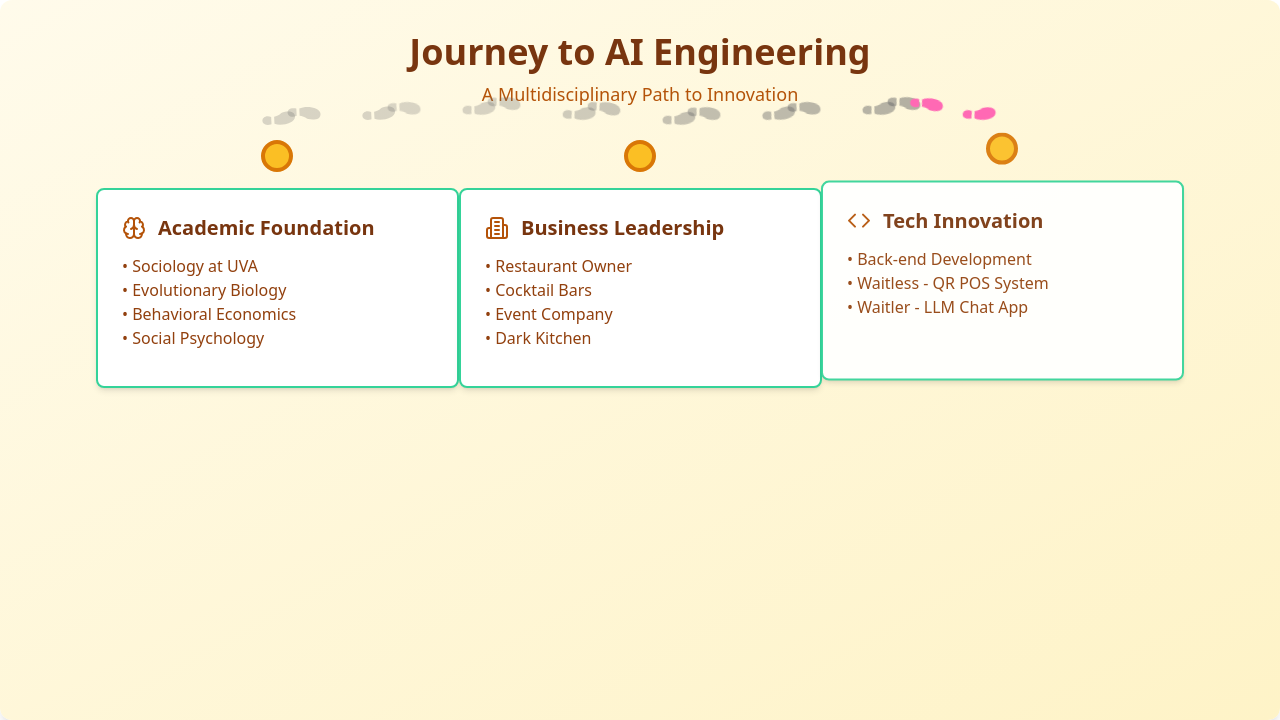
Repository: Galbaz1/dell_presentation
Page: /
An editor plug-in stored every save of this project. The page is shown before and after the next save, followed by the edit.
The browser window is 1280 px wide. The pictures show the whole page.
The project was rebuilt for these pictures with package versions that can differ from the ones it lists, and the page was loaded fresh each time. The framework's server and built-in components were replaced by stand-ins that run in the browser.

Above is the page before, as saved 2024-11-11 13:44:46.

### pages/_app.tsx
import '../styles/globals.css'
import '../styles/speaker_intro.css'
import type { AppProps } from 'next/app'

function MyApp({ Component, pageProps }: AppProps) {
  return <Component {...pageProps} />
}

export default MyApp

### pages/index.tsx
import React from 'react';
import { Brain, Building2, Code, Users, ArrowRight, RefreshCcw } from 'lucide-react';
import FootstepsAnimation from '../components/FootstepsAnimation';

const SpeakerSlide: React.FC = () => {
  return (
    <div className="bg-gradient-to-br from-amber-50 to-amber-100 p-8 rounded-xl shadow-lg min-h-screen overflow-hidden">
      {/* Header */}
      <div className="mb-12 text-center">
        <h1 className="text-4xl font-bold text-amber-900 mb-2">Journey to AI Engineering</h1>
        <p className="text-lg text-amber-700">A Multidisciplinary Path to Innovation</p>
      </div>

      {/* Journey Map */}
      <div className="relative mb-16 mx-auto max-w-[1400px]">
        <FootstepsAnimation />
        {/* Journey Stations */}
        <div className="relative flex justify-between items-center px-16">
          {/* Academic Foundation */}
          <div className="w-96 relative fall-animation">
            <div className="absolute -top-4 left-1/2 transform -translate-x-1/2">
              <div className="w-8 h-8 rounded-full bg-amber-400 border-4 border-amber-600" />
            </div>
            <div className="bg-white p-6 rounded-lg shadow-md mt-8 h-[200px] flex flex-col border-2 border-emerald-400">
              <h2 className="text-xl font-semibold text-amber-900 mb-3 flex items-center">
                <Brain className="mr-3 text-amber-700 w-6 h-6" /> Academic Foundation
              </h2>
              <ul className="text-base text-amber-800 flex-1">
                <li>• Sociology at UVA</li>
                <li>• Evolutionary Biology</li>
                <li>• Behavioral Economics</li>
                <li>• Social Psychology</li>
              </ul>
            </div>
          </div>

          {/* Business Experience */}
          <div className="w-96 relative fall-animation fall-animation-delay-1">
            <div className="absolute -top-4 left-1/2 transform -translate-x-1/2">
              <div className="w-8 h-8 rounded-full bg-amber-400 border-4 border-amber-600" />
            </div>
            <div className="bg-white p-6 rounded-lg shadow-md mt-8 h-[200px] flex flex-col border-2 border-emerald-400">
              <h2 className="text-xl font-semibold text-amber-900 mb-3 flex items-center">
                <Building2 className="mr-3 text-amber-700 w-6 h-6" /> Business Leadership
              </h2>
              <ul className="text-base text-amber-800 flex-1">
                <li>• Restaurant Owner</li>
                <li>• Cocktail Bars</li>
                <li>• Event Company</li>
                <li>• Dark Kitchen</li>
              </ul>
            </div>
          </div>

          {/* Tech Innovation */}
          <div className="w-96 relative fall-animation fall-animation-delay-2">
            <div className="absolute -top-4 left-1/2 transform -translate-x-1/2">
              <div className="w-8 h-8 rounded-full bg-amber-400 border-4 border-amber-600" />
            </div>
            <div className="bg-white p-6 rounded-lg shadow-md mt-8 h-[200px] flex flex-col border-2 border-emerald-400">
              <h2 className="text-xl font-semibold text-amber-900 mb-3 flex items-center">
                <Code className="mr-3 text-amber-700 w-6 h-6" /> Tech Innovation
              </h2>
              <ul className="text-base text-amber-800 flex-1">
                <li>• Back-end Development</li>
                <li>• Waitless - QR POS System</li>
                <li>• Waitler - LLM Chat App</li>
              </ul>
            </div>
          </div>
        </div>
      </div>

      {/* Current Roles Synergy Circle */}
      <div className="relative max-w-[1200px] mx-auto mt-24">
        {/* Synergy Arrows */}
        <div className="absolute left-0 right-0 mx-auto w-28 top-[80px] synergy-animation z-10">
          <div className="relative w-full h-full">
            <RefreshCcw className="w-full h-full text-amber-600 animate-spin-slow" />
            <div className="absolute top-1/2 left-1/2 transform -translate-x-1/2 -translate-y-1/2 text-sm text-amber-800 font-semibold bg-white px-3 py-1 rounded">
              Synergy
            </div>
          </div>
        </div>

        <div className="flex justify-between items-center synergy-animation px-16">
          {/* AI Engineering Role */}
          <div className="w-[480px] bg-white p-8 rounded-lg shadow-md border-2 border-amber-400 h-[160px] flex flex-col">
            <h2 className="text-2xl font-semibold text-amber-900 mb-3 flex items-center">
              <Brain className="mr-3 text-amber-700 w-6 h-6" /> AI Engineering
            </h2>
            <p className="text-base text-amber-800">
              Freelance AI solutions architect combining technical expertise with business acumen
            </p>
          </div>

          {/* AI Builders Role */}
          <div className="w-[480px] bg-white p-8 rounded-lg shadow-md border-2 border-amber-400 h-[160px] flex flex-col">
            <h2 className="text-2xl font-semibold text-amber-900 mb-3 flex items-center">
              <Users className="mr-3 text-amber-700 w-6 h-6" /> AI Builders Club
            </h2>
            <p className="text-base text-amber-800">
              Community lead fostering AI innovation in Amsterdam, Rotterdam, and Berlin
            </p>
          </div>
        </div>
      </div>
    </div>
  );
};

export default SpeakerSlide;

### styles/speaker_intro.css
@keyframes spin-slow {
  from {
    transform: rotate(0deg);
  }
  to {
    transform: rotate(360deg);
  }
}

.animate-spin-slow {
  animation: spin-slow 20s linear infinite;
}

@keyframes fallIn {
  0% {
    transform: translateY(-100vh) rotate(0deg);
    opacity: 0;
  }
  60% {
    transform: translateY(20px) rotate(720deg);
  }
  80% {
    transform: translateY(-10px) rotate(720deg);
  }
  100% {
    transform: translateY(0) rotate(720deg);
    opacity: 1;
  }
}

@keyframes footsteps {
  0% {
    clip-path: inset(0 100% 0 0);
  }
  100% {
    clip-path: inset(0 0 0 0);
  }
}

@keyframes dotted-line {
  0% {
    stroke-dashoffset: 1000;
  }
  100% {
    stroke-dashoffset: 0;
  }
}

@keyframes synergy-appear {
  0% {
    transform: scale(0) rotate(0deg);
    opacity: 0;
  }
  100% {
    transform: scale(1) rotate(360deg);
    opacity: 1;
  }
}

.fall-animation {
  opacity: 0;
  animation: fallIn 2s cubic-bezier(0.25, 0.46, 0.45, 0.94) forwards;
}

.fall-animation-delay-1 {
  animation-delay: 2s;
}

.fall-animation-delay-2 {
  animation-delay: 4s;
}

.footsteps-path {
  stroke-dasharray: 10;
  stroke-dashoffset: 1000;
  animation: dotted-line 1.5s ease-in-out forwards;
}

.footsteps-animation-1 {
  animation-delay: 1.5s;
}

.footsteps-animation-2 {
  animation-delay: 3.5s;
}

.synergy-animation {
  opacity: 0;
  animation: synergy-appear 2s cubic-bezier(0.34, 1.56, 0.64, 1) forwards;
  animation-delay: 6s;
}

/* Footsteps styling */
.footstep {
  position: absolute;
  width: 24px;
  height: 36px;
  fill: #ff69b4;
  opacity: 1;
  transform-origin: center;
  z-index: 51;
}

.footstep.active {
  opacity: 1;
}

.footstep.trail {
  fill: #666;
  opacity: 0.5;
}

.ghost-trail .footstep {
  fill: #666;
  opacity: 0.5;
}

/* First block path animation */
@keyframes first-block-path {
  0% { transform: translate(0, 0) rotate(0deg); opacity: 0; }
  5% { transform: translate(0, 0) rotate(0deg); opacity: 1; }
  20% { transform: translate(-100px, 0) rotate(-90deg); }
  35% { transform: translate(-100px, 100px) rotate(-90deg); }
  50% { transform: translate(0, 100px) rotate(0deg); }
  65% { transform: translate(0, 0) rotate(90deg); }
  80% { transform: translate(100px, 0) rotate(90deg); }
  95% { transform: translate(100px, 0) rotate(90deg); opacity: 1; }
  100% { transform: translate(100px, 0) rotate(90deg); opacity: 0; }
}

.first-block-path .left-step {
  animation: first-block-path 4s ease-in-out forwards;
}

.first-block-path .right-step {
  animation: first-block-path 4s ease-in-out 0.5s forwards;
}

/* Second block path animation */
@keyframes second-block-path {
  /* Similar to first-block-path but adjusted for second block position */
}

.second-block-path .left-step {
  animation: second-block-path 4s ease-in-out 4s forwards;
}

.second-block-path .right-step {
  animation: second-block-path 4s ease-in-out 4.5s forwards;
}

/* Third block path animation */
@keyframes third-block-path {
  /* Similar to previous paths but adjusted for third block position */
}

.third-block-path .left-step {
  animation: third-block-path 4s ease-in-out 8s forwards;
}

.third-block-path .right-step {
  animation: third-block-path 4s ease-in-out 8.5s forwards;
}

/* Trail effect */
.footstep-trail {
  position: absolute;
  opacity: 0.3;
  transition: opacity 0.5s ease-out;
}

.footstep-trail.fade {
  opacity: 0;
}

.ghost-trail {
  position: absolute;
  fill: #666;
  opacity: 0.5;
  transition: opacity 1s ease-out;
  z-index: 50;
}

.ghost-trail-container {
  position: fixed;
  top: 0;
  left: 0;
  width: 100%;
  height: 100%;
  pointer-events: none;
  z-index: 50;
  overflow: hidden;
}

### components/FootstepsAnimation.tsx
import React, { useEffect, useRef } from 'react';
import gsap from 'gsap';

interface FootProps {
  ref: React.RefObject<SVGSVGElement>;
}

const RightFootprint = React.forwardRef<SVGSVGElement>((_, ref) => (
  <svg
    ref={ref}
    width="24"
    height="36"
    viewBox="0 0 16 32"
    fill="currentColor"
    xmlns="http://www.w3.org/2000/svg"
    className="footstep right-step"
    style={{ transform: 'rotate(90deg)', fill: '#b45309' }}
    style={{ transform: 'rotate(90deg)', color: '#b45309' }}
  >
    <path d="M5.058 20.918l6.21-1.664c-0.204-2.22 0-4.745 1.205-7.11 0.18-6.195-1.867-11.962-6.835-10.631-5.468 1.465-4.865 13.899-0.58 19.404v0zM5.468 23.537c0.343 11.974 12.512 6.497 6.318-1.693l-6.318 1.693z" />
  </svg>
));

const LeftFootprint = React.forwardRef<SVGSVGElement>((_, ref) => (
  <svg
    ref={ref}
    width="24"
    height="36"
    viewBox="20 0 16 32"
    fill="currentColor"
    xmlns="http://www.w3.org/2000/svg"
    className="footstep left-step"
    style={{ transform: 'rotate(90deg)', color: '#b45309' }}
  >
    <path d="M27.227 20.917l-6.21-1.664c0.204-2.22-0-4.745-1.205-7.11-0.18-6.195 1.867-11.962 6.835-10.631 5.468 1.466 4.865 13.9 0.58 19.404v0zM26.818 23.536c-0.343 11.973-12.512 6.497-6.318-1.693l6.318 1.693z" />
  </svg>
));

const FootstepsAnimation: React.FC = () => {
  const leftFootRef = useRef<SVGSVGElement>(null);
  const rightFootRef = useRef<SVGSVGElement>(null);
  const ghostTrailRef = useRef<HTMLDivElement>(null);

  useEffect(() => {
    if (!leftFootRef.current || !rightFootRef.current || !ghostTrailRef.current) return;

    // River-like flowing path with gentle curves
    const flowingPath = [
      // Start at first orange circle (Academic Foundation)
      { x: 280, y: 100 },    // Starting at first circle
      { x: 380, y: 95 },     // Gentle curve up
      { x: 480, y: 90 },     // Peak
      { x: 580, y: 95 },     // Coming down
      { x: 680, y: 100 },    // Second circle position

      // To third circle (Tech Innovation)
      { x: 780, y: 95 },     // Start final rise
      { x: 880, y: 90 },     // Peak
      { x: 980, y: 95 },     // Coming down
      { x: 1080, y: 100 },   // Third circle position
      { x: 1180, y: 95 },    // Extra point past third circle
      { x: 1280, y: 90 },    // Final position
    ];

    const createGhostTrail = (
      element: SVGSVGElement,
      x: number,
      y: number,
      rotation: number = 0
    ): void => {
      if (!ghostTrailRef.current) return;

      const ghost = element.cloneNode(true) as SVGSVGElement;
      ghost.style.position = 'absolute';
      ghost.style.left = `${x}px`;
      ghost.style.top = `${y}px`;
      ghost.style.transform = `rotate(${rotation + 90}deg)`;
      ghost.style.color = '#d97706';
      ghost.classList.add('ghost-trail');

      ghostTrailRef.current.appendChild(ghost);

      gsap.to(ghost, {
        opacity: 0.25,
        duration: 3,
        ease: "none",
      });
    };

    const animateFootstep = (
      foot: SVGSVGElement,
      path: Array<{x: number, y: number}>,
      delay: number,
      isLeft: boolean
    ): void => {
      path.forEach((point, index) => {
        const prevPoint = index > 0 ? path[index - 1] : point;
        const nextPoint = index < path.length - 1 ? path[index + 1] : point;

        const rotation = Math.atan2(
          nextPoint.y - prevPoint.y,
          nextPoint.x - prevPoint.x
        ) * 180 / Math.PI;

        // Swapped vertical offsets and reduced distance by 50%
        const verticalOffset = isLeft ? 5 : -5; // Changed from -10/+10 to +5/-5

        gsap.to(foot, {
          x: point.x + (isLeft ? -12 : 12),
          y: point.y + verticalOffset,
          rotation: rotation + 90 + (isLeft ? -15 : 15),
          duration: 0.6,
          delay: delay + (index * 0.7),
          ease: "power2.inOut",
          onComplete: () => createGhostTrail(
            foot,
            point.x + (isLeft ? -12 : 12),
            point.y + verticalOffset,
            rotation + (isLeft ? -15 : 15)
          ),
        });
      });
    };

    // Start animations with proper timing
    const timeline = gsap.timeline();

    // Animate both feet with slight offset for natural walking
    animateFootstep(leftFootRef.current, flowingPath, 0, true);
    animateFootstep(rightFootRef.current, flowingPath, 0.35, false); // Increased offset

    return () => {
      timeline.kill();
    };
  }, []);

  return (
    <div className="fixed inset-0 pointer-events-none" style={{ zIndex: 50 }}>
      <div
        ref={ghostTrailRef}
        className="ghost-trail-container"
        style={{ zIndex: 50 }}
      />
      <LeftFootprint ref={leftFootRef} />
      <RightFootprint ref={rightFootRef} />
    </div>
  );
};

RightFootprint.displayName = 'RightFootprint';
LeftFootprint.displayName = 'LeftFootprint';

export default FootstepsAnimation;

### tailwind.config.js
/** @type {import('tailwindcss').Config} */
module.exports = {
  content: [
    "./pages/**/*.{js,ts,jsx,tsx}",
    "./components/**/*.{js,ts,jsx,tsx}",
    "./styles/**/*.css",
  ],
  theme: {
    extend: {},
  },
  plugins: [],
}

Loaded but not shown: styles/globals.css (common file)

After the next save:
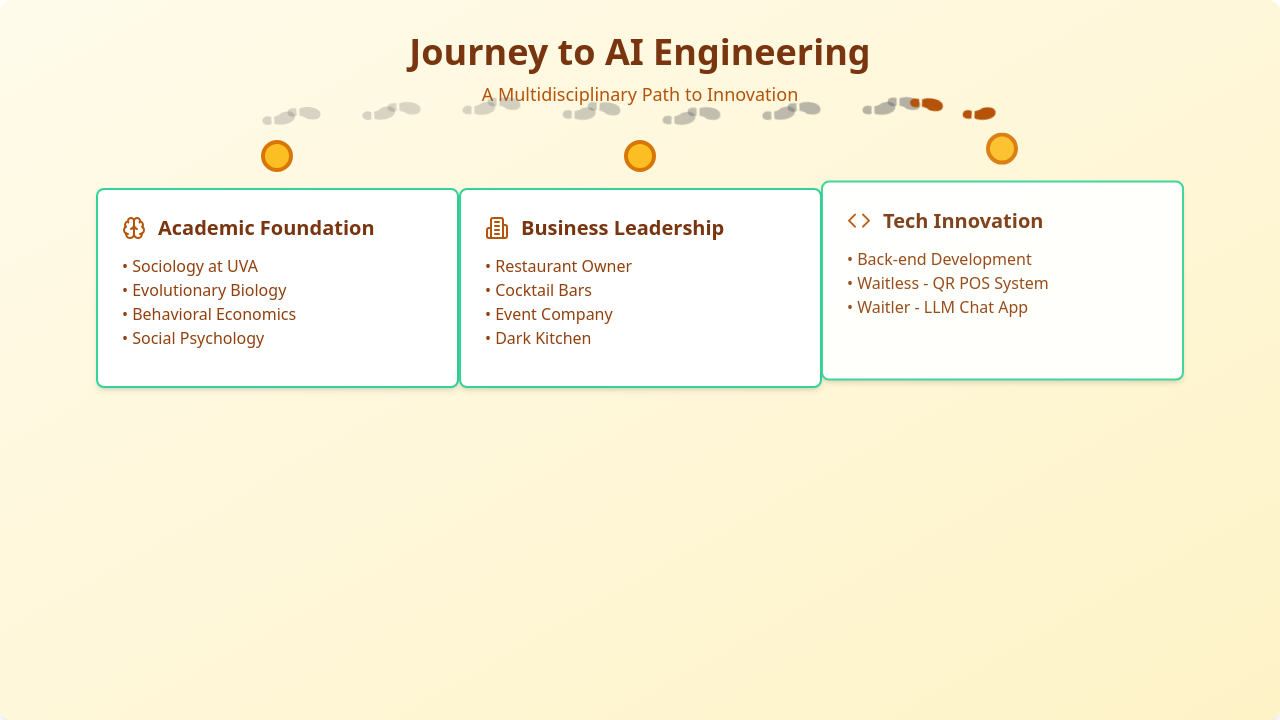
Saved 2 s later.
--- a/styles/speaker_intro.css
+++ b/styles/speaker_intro.css
@@ -95,7 +95,6 @@
   position: absolute;
   width: 24px;
   height: 36px;
-  fill: #ff69b4;
   opacity: 1;
   transform-origin: center;
   z-index: 51;
